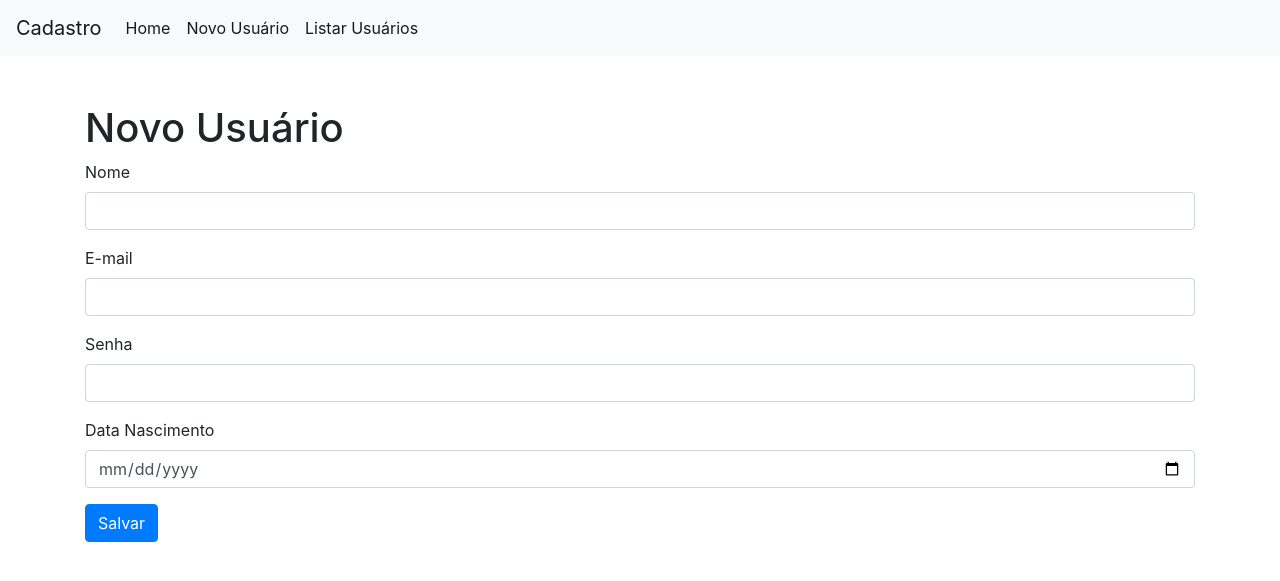
Repository: stefanosousaa/crud-php
Page: http://localhost/?page=novo
These files come from the project's save history. The page is drawn as it stood at one moment and after the next save; the edit follows.
The browser window is 1280 px wide. The pictures show the whole page.
The page is run by PHP 8.4 with error messages shown; the project is at /var/www/html/.

Above is the page before, as saved 2023-05-24 22:02:53.

After the next save:
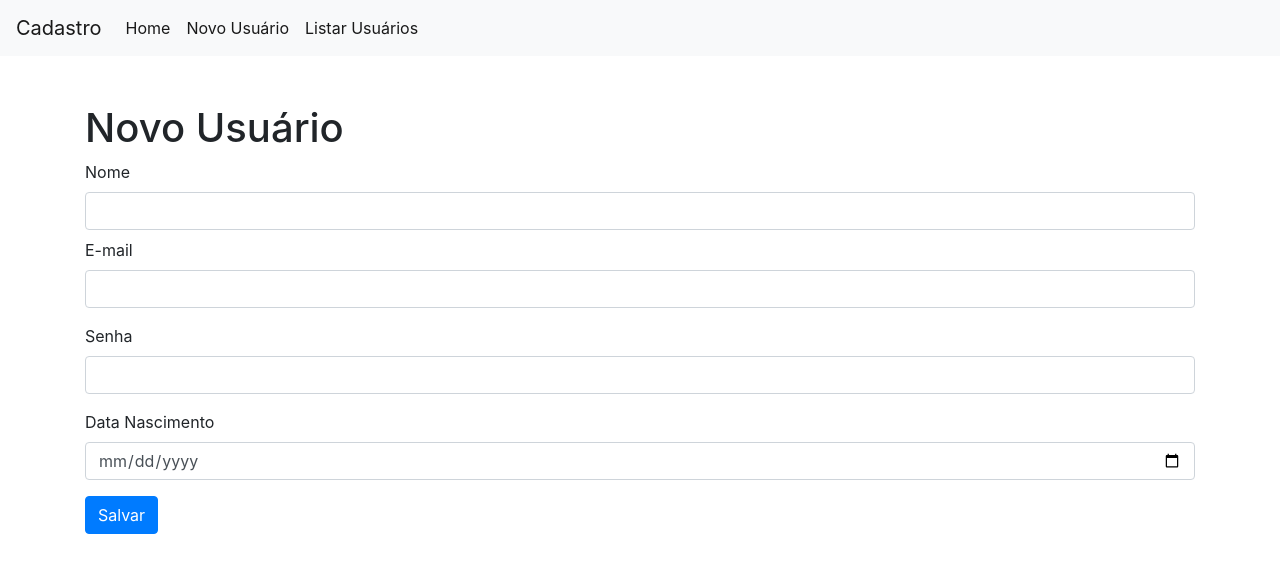
Saved 10 s later.
--- a/novo-usuario.php
+++ b/novo-usuario.php
@@ -1,6 +1,6 @@
 <h1>Novo Usuário</h1>
 <form>
-    <div class="mb-3">
+    <div class="mb-2">
         <label>Nome</label>
         <input type="text" name="nome"class="form-control"/>
     </div>

After the save that followed:
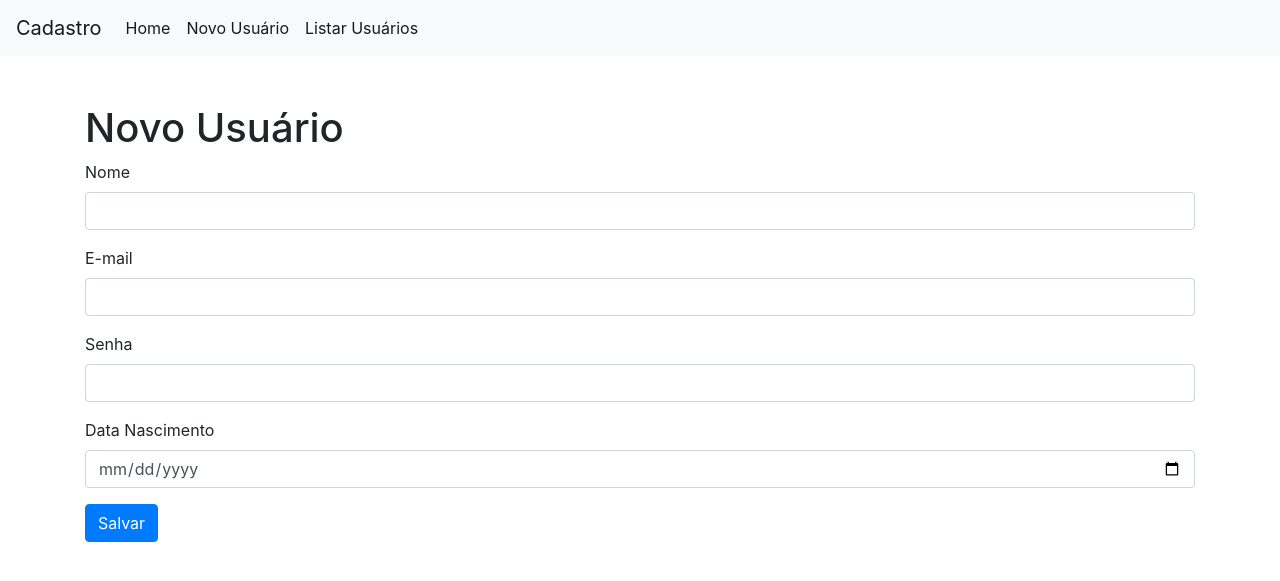
Saved 7 s later.
--- a/novo-usuario.php
+++ b/novo-usuario.php
@@ -1,6 +1,6 @@
 <h1>Novo Usuário</h1>
 <form>
-    <div class="mb-2">
+    <div class="mb-3">
         <label>Nome</label>
         <input type="text" name="nome"class="form-control"/>
     </div>
